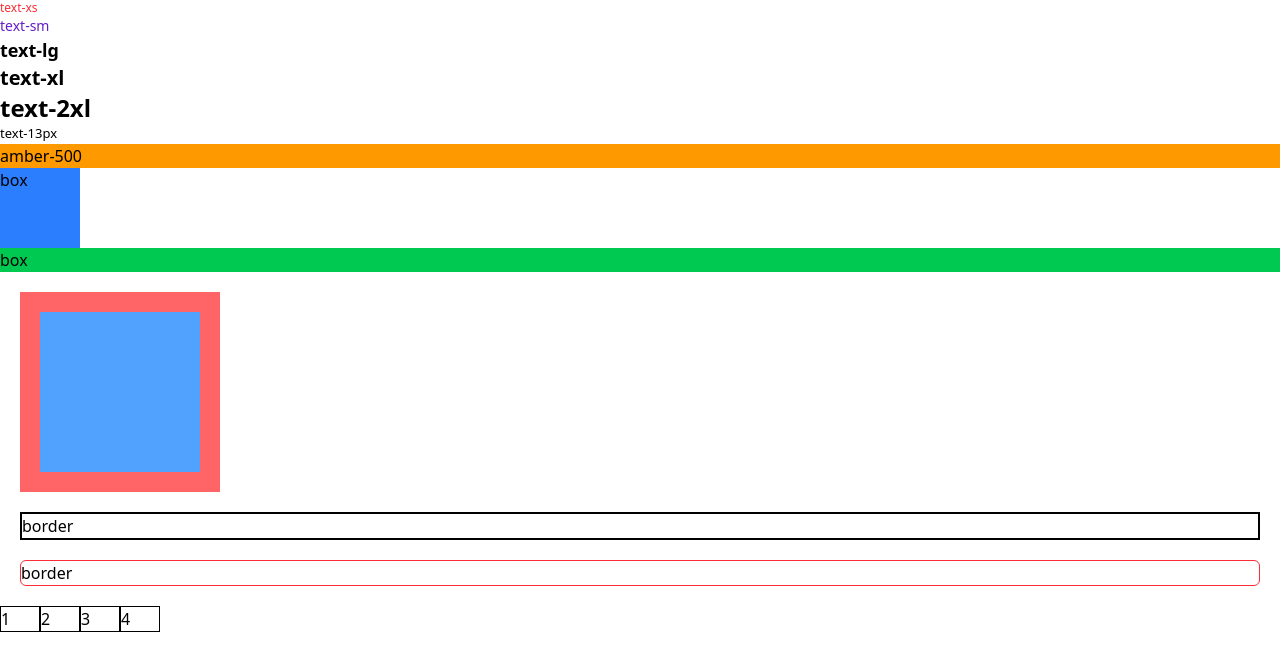
Repository: kkhhjjoo/onebite-tailwind
Page: /
The author's editor kept a copy of each file at every save. The page is drawn from the files as they stood at one save, then again after the next save.
The browser window is 1280 px wide. The pictures show the whole page.
The project was rebuilt for these pictures with package versions that can differ from the ones it lists, and the page was loaded fresh each time. Also part of the build but not shown: vite.config.ts, src/App.css.

Above is the page before, as saved 2025-12-24 20:02:19.

After the next save:
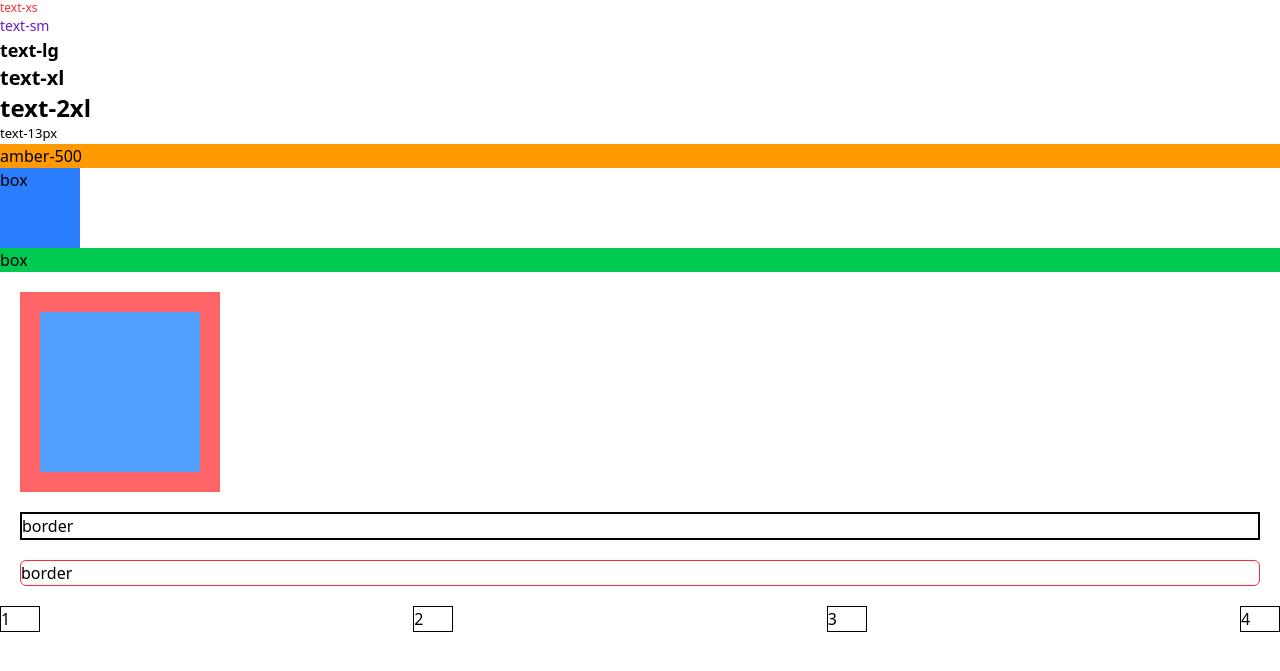
Saved 32 s later.
--- a/src/App.tsx
+++ b/src/App.tsx
@@ -31,7 +31,7 @@ function App() {
       </div>
 
       {/* 6. 플렉스 컨테이너 */}
-      <div className="flex">
+      <div className="flex justify-between">
         <div className="w-10 border">1</div>
         <div className="w-10 border">2</div>
         <div className="w-10 border">3</div>
